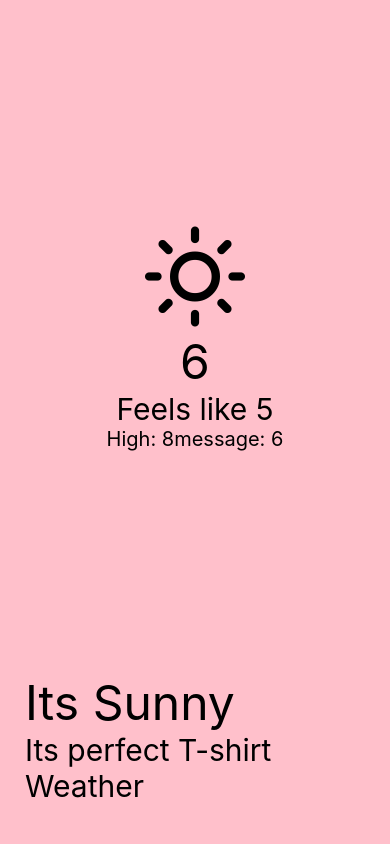
Repository: akinmiday/fcc
Screen: / (app in WeatherApp/)
The author's editor kept a copy of each file at every save. The screen is drawn from the files as they stood at one save, then again after the next save.
The app was drawn by React Native's web renderer in a window 390 px wide. The project was rebuilt for these pictures with package versions that can differ from the ones it lists, and the page was loaded fresh each time. Also part of the build but not shown: WeatherApp/src/components/ListItem.js, WeatherApp/src/components/screens/UpcomingWeather.js, WeatherApp/src/components/IconText.js, WeatherApp/src/components/screens/City.js.

Above is the screen before, as saved 2023-07-20 04:50:44.

After the next save:
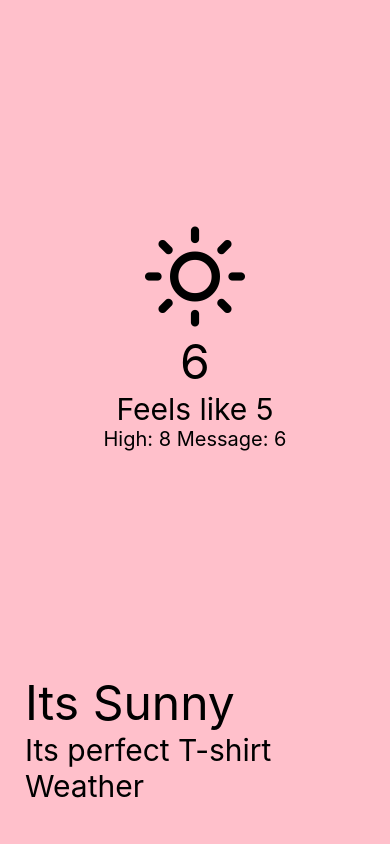
Saved 46 s later.
--- a/WeatherApp/src/components/screens/CurrentWeather.js
+++ b/WeatherApp/src/components/screens/CurrentWeather.js
@@ -23,8 +23,8 @@ const CurrentWeather = () => {
         <Text style={feels}>Feels like 5</Text>
 
         <RowText
-          messageOne={"High: 8"}
-          messageTwo={"message: 6"}
+          messageOne={"High: 8 "}
+          messageTwo={"Message: 6"}
           containerStyles={highLowWrapper}
           messageOneStyles={highLow}
           messageTwoStyles={highLow}
